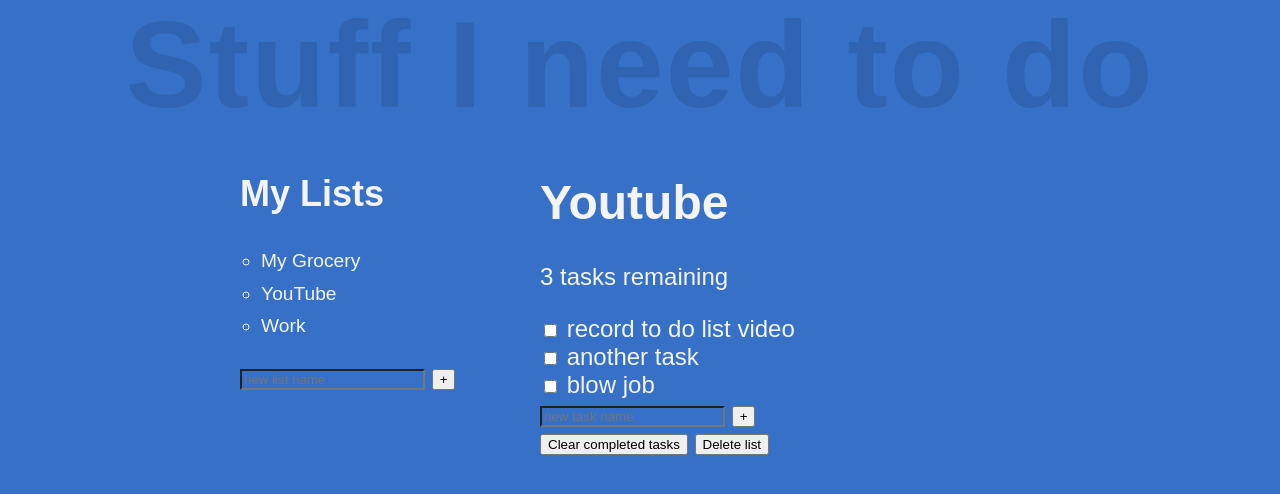
Repository: MohammadMazloum123/To-Do-List-App-
Page: index.html
The author's editor kept a copy of each file at every save. The page is drawn from the files as they stood at one save, then again after a run of saves.
The browser window is 1280 px wide. The pictures show the whole page.

Above is the page before, as saved 2024-02-15 12:40:17.

### index.html
<!DOCTYPE html>
<html lang="en">
<head>
    <meta charset="UTF-8">
    <meta name="viewport" content="width=device-width, initial-scale=1.0">
    <title>To-Do List</title>
    <link rel="stylesheet" href="styles.css">
</head>
<body>
    <h1 class="title">Stuff I need to do</h1>
    <div class="all-tasks">
        <h2 class="task-list-title">My Lists</h2>
        <ul class="task-list">
            <li class="active-list">My Grocery</li>
            <li>YouTube</li>
            <li>Work</li>
        </ul>
        <form>
            <input type="text" class="new list" placeholder="new list name" aria-label="new list name">
            <button class="btn list" aria-label="create new list">+</button>
        </form>
    </div>
    <div class="todo-list">
        <div class="todo-header">
            <h1 class="list-title">Youtube</h1>
            <p class="task-count">3 tasks remaining</p>
        </div>
        <div class="todo-body">
            <div class="tasks">
                <div class="task">
                    <input type="checkbox" id="task-1">
                    <label for="task-1">
                        <span class="custom-checkbox"></span>
                        record to do list video
                    </label>
                </div>
                <!--Task 1-->
                <div class="task">
                    <input type="checkbox" id="task-2">
                    <label for="task-2">
                        <span class="custom-checkbox"></span>
                        another task
                    </label>
                </div>
                <!--Task 2-->
                <div class="task">
                    <input type="checkbox" id="task-3">
                    <label for="task-3">
                        <span class="custom-checkbox"></span>
                        blow job
                    </label>
                </div>
                <!--Task 3-->
            </div>
            <div class="new-task-creator">
                <form>
                    <input type="text" class="new list" placeholder="new task name" aria-label="new task name">
                    <button class="btn task" aria-label="create new task">+</button>
                </form>
            </div>
            <div class="delete-stuff">
                <button class="btn delete">Clear completed tasks</button>
                <button class="btn delete">Delete list</button>
            </div>
        </div>
    </div>

</body>
</html>

### styles.css
:root{
    --clr-primary: rgb(54, 112, 199);
    --clr-light: #f4f4f4;
    --clr-dark:#333;
    --clr-warning: rgb(99, 36, 36);
}
*,
*::before,
*::after{
    font-family: inherit;
    box-sizing: border-box;
}

body{
    margin: 0;
    font-family: "Work Sans", sans-serif;
    font-weight: 300;
    font-size: 1.5rem;
    background-color: var(--clr-primary);
    color: var(--clr-light);
    display: grid;
    grid:
        "header header header header" auto
        "...... lists active ......" auto /
        1fr minmax(100px, 300px) minmax(250px, 500px) 1fr;
}
.title{
    grid-area: header;
    text-align: center;
    font-weight: 800;
    font-size: calc(7vw + 2rem);
    color: rgba(0, 0, 0, .1);
    margin: -.3rem 0 0.5rem;
    letter-spacing: 2px;
}
.new{
    background: transparent;

}

.all-tasks{
    grid-area: lists;
}
.task-list{
    line-height: 1.7;
    list-style: circle;
    font-size: 1.2rem;
    padding-left: 1.1em;
}

.todo-list{
    grid-area: active;
}

After the next 4 saves:
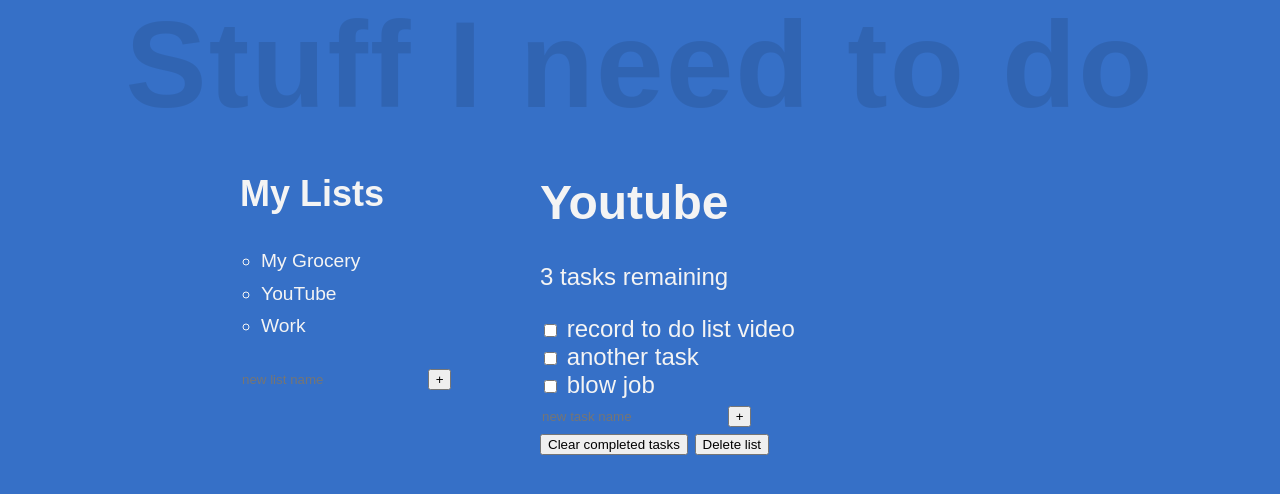
The 4 saves are shown as one change because they came seconds apart.
The last was saved 13 s later.
--- a/styles.css
+++ b/styles.css
@@ -35,6 +35,8 @@ body{
 }
 .new{
     background: transparent;
+    border: 0;
+    color: inherit;
 
 }
 
